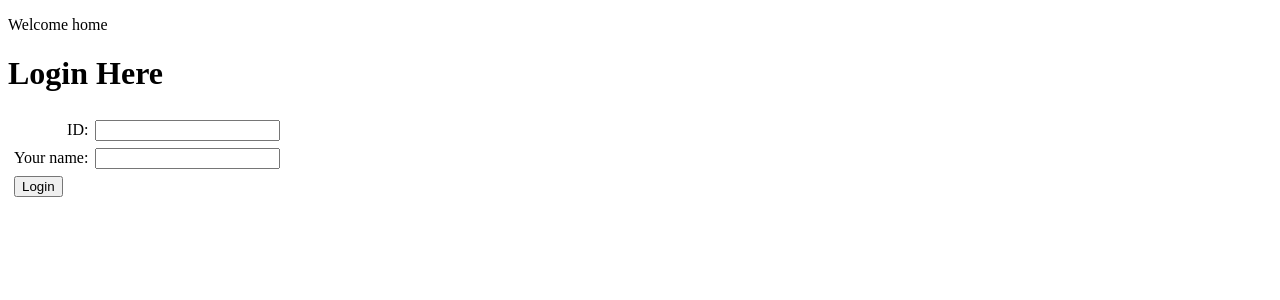
Repository: pffdota04/cuahang
Page: http://localhost/CuaHang/Views/Web/home.jsp
An editor plug-in stored every save of this project. The page is shown before and after the next save, followed by the edit.
The browser window is 1280 px wide. The pictures show the whole page.
The page is served by Tomcat 9. Other server files are loaded and not shown.

Above is the page before, as saved 2020-11-07 15:49:28.

### CuaHang/WebContent/Views/Web/home.jsp
<%@ page language="java" contentType="text/html; charset=ISO-8859-1"
    pageEncoding="ISO-8859-1"%>
<!DOCTYPE html>
<html>
<head>
<meta charset="ISO-8859-1">
<title>Insert title here</title>
</head>
<body>
<p>Welcome home<p>
<h1>Login Here</h1>
<form action="servlet2"  method="post">
<table cellspacing="5">
    <tr>
      <td align="right">ID: </td>
      <td><input type="text" name="id"></td>
    </tr><tr>
      <td align="right">Your name:</td>
      <td> <input type="text" name="id"></td>
    </tr><tr>
      <td><input type="submit" value="Login"></td>
    </tr>
  </table>
</form>
</body>
</html>

After the next save:
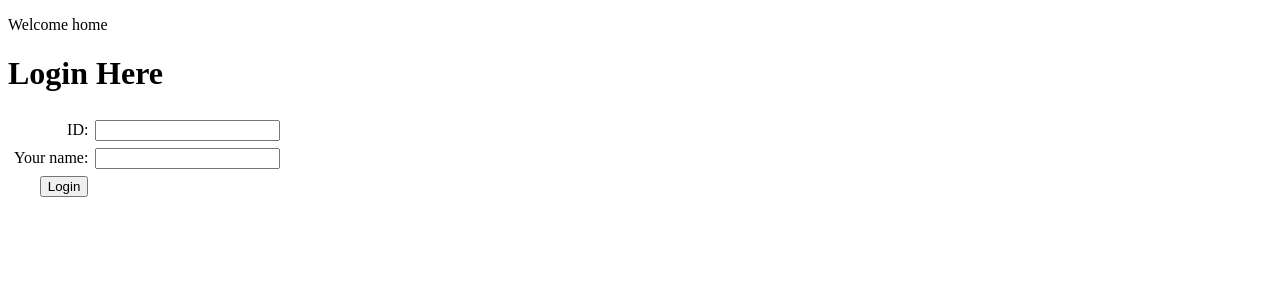
Saved 24 s later.
--- a/CuaHang/WebContent/Views/Web/home.jsp
+++ b/CuaHang/WebContent/Views/Web/home.jsp
@@ -18,7 +18,7 @@
       <td align="right">Your name:</td>
       <td> <input type="text" name="id"></td>
     </tr><tr>
-      <td><input type="submit" value="Login"></td>
+      <td align="right"><input type="submit" value="Login"></td>
     </tr>
   </table>
 </form>
